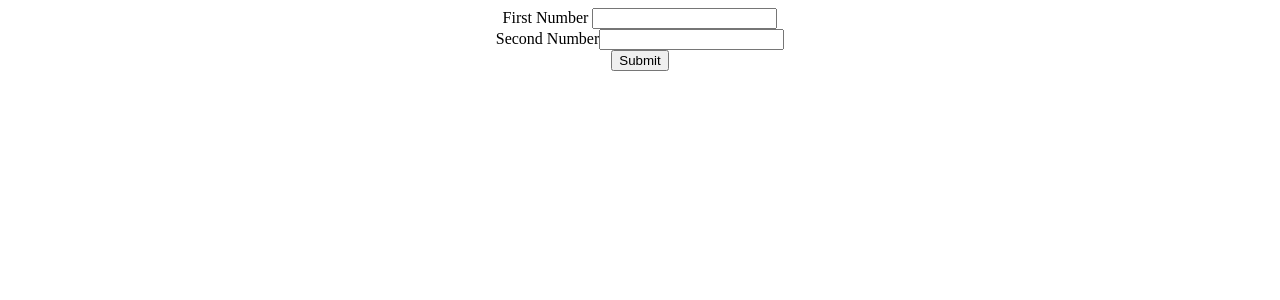
Repository: r-svp26/J2EE-Hands-On
Page: ServletBasics/WebContent/number.html
An editor plug-in stored every save of this project. The page is shown before and after the next save, followed by the edit.
The browser window is 1280 px wide. The pictures show the whole page.

Above is the page before, as saved 2020-01-03 12:53:31.

### ServletBasics/WebContent/number.html
<!DOCTYPE html>
	<html>

		<head>
			<meta charset="ISO-8859-1">
			<title>Addition Of Two Numbers</title>
		</head>

		<body>
			<form align="center">
			First Number <input type="text" name="num1"> <br>
			Second Number<input type="text" name="num2">  <br>

			<input type="submit" name="Submit"/>
			</form>

		</body>
</html>

After the next save:
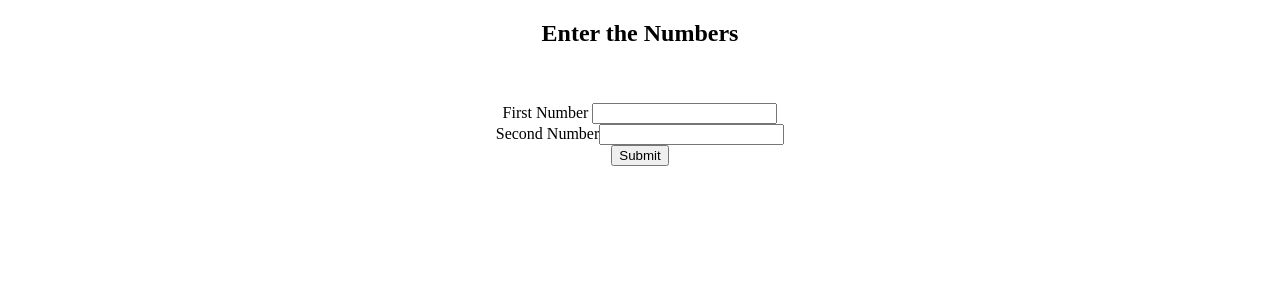
Saved 90 s later.
--- a/ServletBasics/WebContent/number.html
+++ b/ServletBasics/WebContent/number.html
@@ -8,11 +8,11 @@
 
 		<body>
 			<form align="center">
-			First Number <input type="text" name="num1"> <br>
-			Second Number<input type="text" name="num2">  <br>
+				<h2>Enter the Numbers</h2><br><br>
 
-			<input type="submit" name="Submit"/>
+					First Number <input type="text" name="num1"> <br>
+					Second Number<input type="text" name="num2">  <br>
+					<input type="submit" name="Submit"/>
 			</form>
-
 		</body>
 </html>
